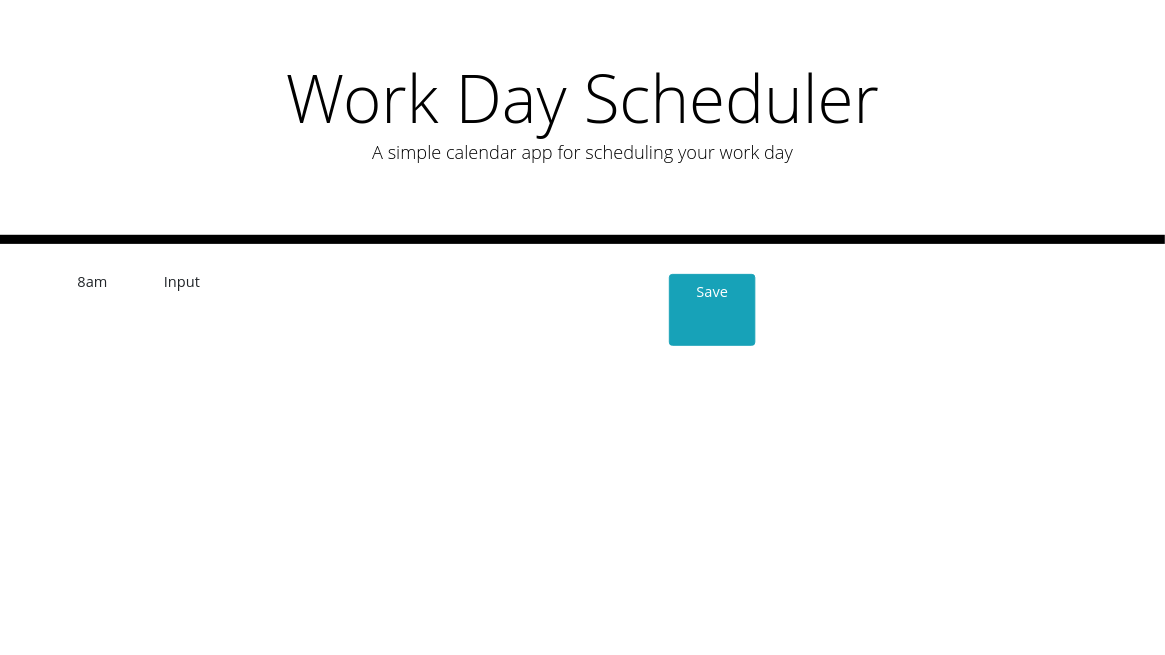
Repository: kkyler24/DayPlanner
Page: Index.html
An editor plug-in stored every save of this project. The page is shown before and after the next save, followed by the edit.
The browser window is 1280 px wide. The pictures show the whole page, at 91% of full size.
Some web libraries are served in a nearby version.

Above is the page before, as saved 2020-04-02 13:26:43.

After the next save:
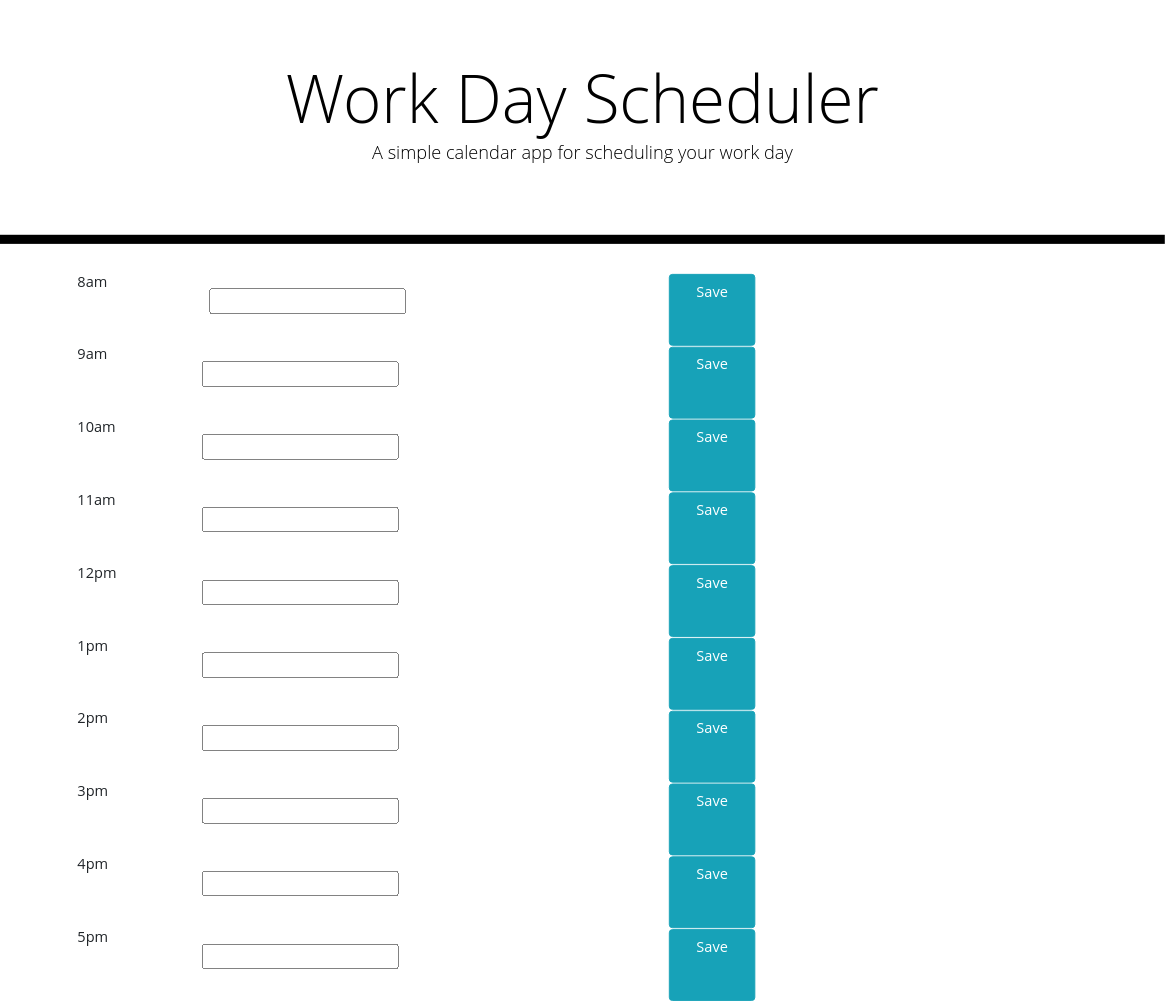
Saved 46 min 17 s later.
--- a/Index.html
+++ b/Index.html
@@ -20,12 +20,74 @@
       <div class="container">
       <div class="row">
           <div class="col-sm-1">8am</div>
-          <div class="col-sm-6">Input</div>
-          <div class="col-sm-1 btn btn-info">Save</div>
+          <div class="col-sm-6" >
+            <input data-input="8"></input>
+          </div>
+          <div class="col-sm-1 btn btn-info btn-save" data-time="8">Save</div>
       </div>
-
-
-
+      <div class="row">
+        <div class="col-sm-1">9am</div>
+        <div class="col-sm-6" >
+          <input data-input="9"></input>
+        </div>
+        <div class="col-sm-1 btn btn-info btn-save" data-time="9">Save</div>
+    </div>
+    <div class="row">
+        <div class="col-sm-1">10am</div>
+        <div class="col-sm-6" >
+          <input data-input="10"></input>
+        </div>
+        <div class="col-sm-1 btn btn-info btn-save" data-time="10">Save</div>
+    </div>
+    <div class="row">
+        <div class="col-sm-1">11am</div>
+        <div class="col-sm-6" >
+          <input data-input="11"></input>
+        </div>
+        <div class="col-sm-1 btn btn-info btn-save" data-time="11">Save</div>
+    </div>
+    <div class="row">
+        <div class="col-sm-1">12pm</div>
+        <div class="col-sm-6" >
+          <input data-input="12"></input>
+        </div>
+        <div class="col-sm-1 btn btn-info btn-save" data-time="12">Save</div>
+    </div>
+    <div class="row">
+        <div class="col-sm-1">1pm</div>
+        <div class="col-sm-6" >
+          <input data-input="1"></input>
+        </div>
+        <div class="col-sm-1 btn btn-info btn-save" data-time="1">Save</div>
+    </div>
+    <div class="row">
+        <div class="col-sm-1">2pm</div>
+        <div class="col-sm-6" >
+          <input data-input="2"></input>
+        </div>
+        <div class="col-sm-1 btn btn-info btn-save" data-time="2">Save</div>
+    </div>
+    <div class="row">
+        <div class="col-sm-1">3pm</div>
+        <div class="col-sm-6" >
+          <input data-input="3"></input>
+        </div>
+        <div class="col-sm-1 btn btn-info btn-save" data-time="3">Save</div>
+    </div>
+    <div class="row">
+        <div class="col-sm-1">4pm</div>
+        <div class="col-sm-6" >
+          <input data-input="4"></input>
+        </div>
+        <div class="col-sm-1 btn btn-info btn-save" data-time="4">Save</div>
+    </div>
+    <div class="row">
+        <div class="col-sm-1">5pm</div>
+        <div class="col-sm-6">
+          <input data-input="5"></input>
+        </div>
+        <div class="col-sm-1 btn btn-info btn-save" data-time="5">Save</div>
+    </div>
       </div>
 
 
